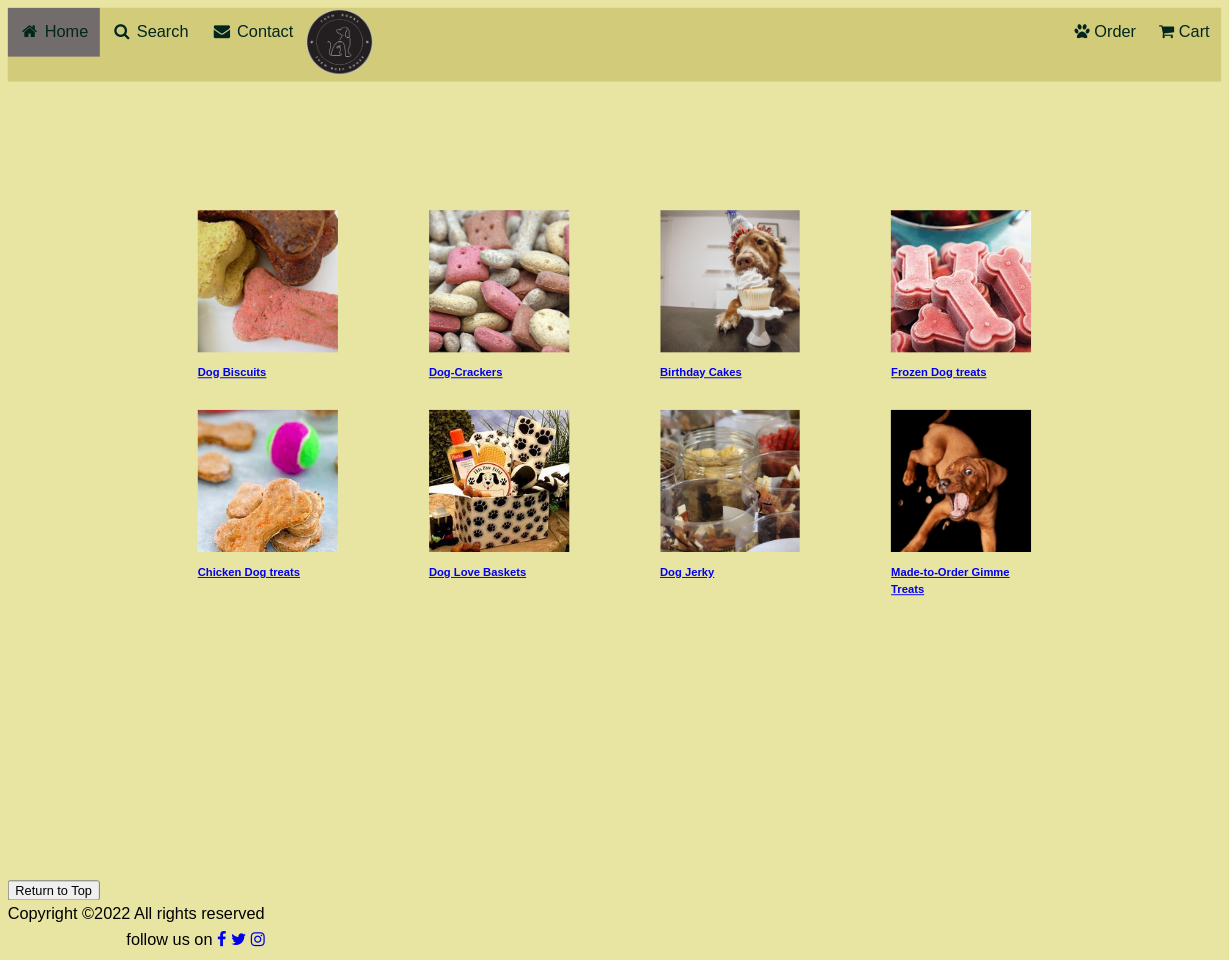
Repository: vgoins-RA2022/HTML-1
Page: index.html
An editor plug-in stored every save of this project. The page is shown before and after the next save, followed by the edit.
The browser window is 1280 px wide. The pictures show the whole page, at 96% of full size.

Above is the page before, as saved 2023-01-21 20:09:31.

### index.html
<!DOCTYPE html>
<html lang="en">

<head>
  <meta charset="UTF-8">
  <meta name="viewport" content="width=device-width, initial-scale=1">
  <link rel="stylesheet" href="https://cdnjs.cloudflare.com/ajax/libs/font-awesome/4.7.0/css/font-awesome.min.css">
  <link rel="stylesheet" href="../HTML-1/src/css/Style.css" type="text/css">
  <title>Simple HTML Assignment 1</title>
</head>

<header>
    <!-- setup top navigator bar. position logo, home and contact navators on the left-->
    <div class="navbar" float: left>
      <img src="src/img/them-bones-logo.png" alt="them-bones-logo" class="logo" >
      <a class="active" href="#"><i class="fa fa-fw fa-home"></i> Home</a>
      <a href="#"><i class="fa fa-fw fa-search"></i> Search</a>
      <a href="#"><i class="fa fa-fw fa-envelope"></i> Contact</a>
      <!-- position order and cart navigators on the right -->
    <div class="right"><a href="#"><i class="fa fa-paw" aria-hidden="true"></i> Order</a>
    <div class="right"><a href="#"><i class="fa fa-shopping-cart" aria-hidden="true"></i> Cart</a>
    </div>
  </header>

<body>
  <div class="container">
     <!-- set of store gallery of self-contained items enclosed in the figure tags  -->
    <div class="gallery">

      <figure class="gallery__item gallery__item--1">
            <img src="src/img/animal-dog- biscuits.jpg" alt="animal-dog-biscuits" class="gallery__img" >
              <h3 class= image-text>
                <h3><a href="#">Dog Biscuits</a></h3>
              </h3>
        </figure>
        <figure class="gallery__item gallery__item--2">
            <img src="src/img/animal-dog- crackers.jpg" alt="animal-dog-crackers" class="gallery__img">
                <h3 class= image-text>
                  <h3><a href="#">Dog-Crackers</a></h3>
                </h3>

        </figure>
        <figure class="gallery__item gallery__item--3">
            <img src="src/img/dog-happy-birthday.jpg" alt="dog-happy-birthday" class="gallery__img">
              <h3 class= image-text></h3>
                <h3><a href="#">Birthday Cakes</a></h3>
               </h3>
        </figure>
        <figure class="gallery__item gallery__item--4">
            <img src="src/img/frozen-dog-treats.jpg" alt="frozen-dog-treats" class="gallery__img">
              <h3 class= image-text>
                 <h3><a href="#">Frozen Dog treats</a></h3>
              </h3>
        </figure>
        <figure class="gallery__item gallery__item--5">
            <img src="src/img/chicken-dog-treat.jpg" alt="chicken-dog-treats" class="gallery__img">
              <h3 class= image-text>
                <h3><a href="#">Chicken Dog treats</a></h3>
              </h3>
        </figure>
        <figure class="gallery__item gallery__item--6">
            <img src="src/img/doggy-love-basket.jpg" alt="doggy-love-basket" class="gallery__img">
            <h3 class= image-text>
            <h3><a href="#">Dog Love Baskets</a></h3>
            </h3>
        </figure>
        <figure class="gallery__item gallery__item--7">
            <img src="src/img/Dog-jerkey.png" alt="dog-jerky" class="gallery__img">
            <h3 class= image-text>
              <a href="#">Dog Jerky</a></h3>
            </h3>
        </figure>
        <figure class="gallery__item gallery__item--8">
          <img src="src/img/gimme-dog treats.jpg" alt="gimme-dog-treats" class="gallery__img">
          <h3 class= image-text>
            <a href="#">Made-to-Order Gimme Treats</a>
          </h3>
        </figure>

      </div>
  </div>

</body>

<footer>
  <!-- <div> id="footer"</div>  footer id attribute -->

  <!-- setup navigator bar in the footer of copywright and social media icons -->
  <button id="return-to-top">Return to Top</button>

  <div class="navbar-footer">
    <div class="row">
      <div class="col-left">Copyright ©2022 All rights reserved</div>
      <div class="col-right">follow us on

        <a href="#"><i class="fa fa-facebook"></i></a>
        <a href="#"><i class="fa fa-twitter"></i></a>
        <a href="#"><i class="fa fa-instagram"></i></a>
      </div>
    </div>
  </div>

  </footer>
</html>

### src/css/Style.css

/* align navigation bar items */
.left-menu {
  grid-column: 1;
}
.right-menu {
  grid-column: -1;
}
/* format logo position, width and height */
.logo {
  grid-column: 3;
  grid-area: logo;
  place-self: center;
  width: 10vh;
  height: 10vh;
  justify-self: center;
  background-color:#d2cc7a;
}

/* style the navigation bar */
.navbar a {
float: left;
padding-top: 70px;
padding: 12px;
color: #02261d;
text-decoration: none;
font-size: 17px;
}
/* set the size of the images */
img {
  width: 400px;
  height: 80px;
}
/* change color of navigation item when cursor hovers */
.navbar a:hover {
background-color: #8e8c8c;
}
.active {
background-color: #736c6c;
}
.left {
  float: left;
}

.right {
  float: right;
 }

.navbar a {
    float: left;
    display: block;
}

.navbar {
    width: 100%;
    background-color: #d2cc7a;
    overflow: auto;
}

.logo img {
    display: inline-block;
    vertical-align: top;
    width: 50px;
    height: 50px;
    margin-right: 20px;
    margin-top: 15px;
}

html {
  box-sizing: border-box;
  font-size: 62.5%;
}

body {
  font-family: "Nunito", sans-serif;
  background-color: rgba(216, 212, 98, 0.585);
  font-weight: 300;
  line-height: 1.6;
}

.container {
  width: 75%;
  margin: 2rem auto;
}

.gallery {
  display: grid;
  grid-template-columns: repeat(8, 1fr);
  grid-template-rows: repeat(8, 5vw);
  grid-gap: 1.5rem;
  row-gap: 40px;
}

.gallery__img {
  width: 100%;
  height: 100%;
  object-fit: cover;
  display: block;
}

.image-txt {
  margin: 3%;
  position: absolute;
  top: 20px;
  left: 50px;
}
/* set length and position of store gallery items */
.gallery__item--1 {
  grid-column: 1 / span 2;
  grid-row: 2 / span 2;
}
.gallery__item--2 {
  grid-column: 3 / span 2;
  grid-row: 2 / span 2;
}
.gallery__item--3 {
  grid-column: 5 / span 2;
  grid-row: 2 / span 2;
}
.gallery__item--4 {
  grid-column: 7 / span 2;
  grid-row: 2 / span 2;
}
.gallery__item--5 {
  grid-column: 1 / span 2;
  grid-row: 4 / span 2;
}
.gallery__item--6 {
  grid-column: 3 / span 2;
  grid-row: 4 / span 2;
}
.gallery__item--7 {
  grid-column: 5 / span 2;
  grid-row: 4 / span 2;
}
.gallery__item--8 {
  grid-column: 7 / span 2;
  grid-row: 4 / span 2;
}
/* Style the button */
.button {
  outline: none;
  padding: 10px 16px;

  cursor: pointer;
  font-size: 18px;
}


.button:hover {
  background-color: #ddd;
}

.button.active {
  background-color: #666;
  color: white;
}

.navbar-footer {
  font-size: 17px;
  display: flex;
  justify-content: space-between;
}
.col-left {
  text-align: left;
}
.col-right {
  text-align: right;
}


.footer {
  background: #061D25;
  padding: 10px 0;
}
.footer a {
  color: #70726F;
  font-size: 20px;
  padding: 10px;
  border-right: 1px solid #70726F;
  transition: all .5s ease;
}
.flex-container {
  display: flex;
  background: #d2cc7a;
}

.copyright{
  text-align: center;
  padding-top: 24px;
  font-weight: 500;
  opacity: 0.8;
  font-size: 16px;
}
@media (max-width: 767px) {

    .h6{
      margin: 0 auto;
      text-align: center;
      margin-top: 10px;
      margin-bottom: 10px;
    }
    .ul{
      text-align: center;
    }
    .social{
        width: 100%;
        margin: 0 auto;
        font-size: "15px";
        text-align: center;
        padding: 40px;
        padding-bottom: 0px;
        border-top: 1px solid #eee;
        margin-top: 50px;
    }

  }

After the next save:
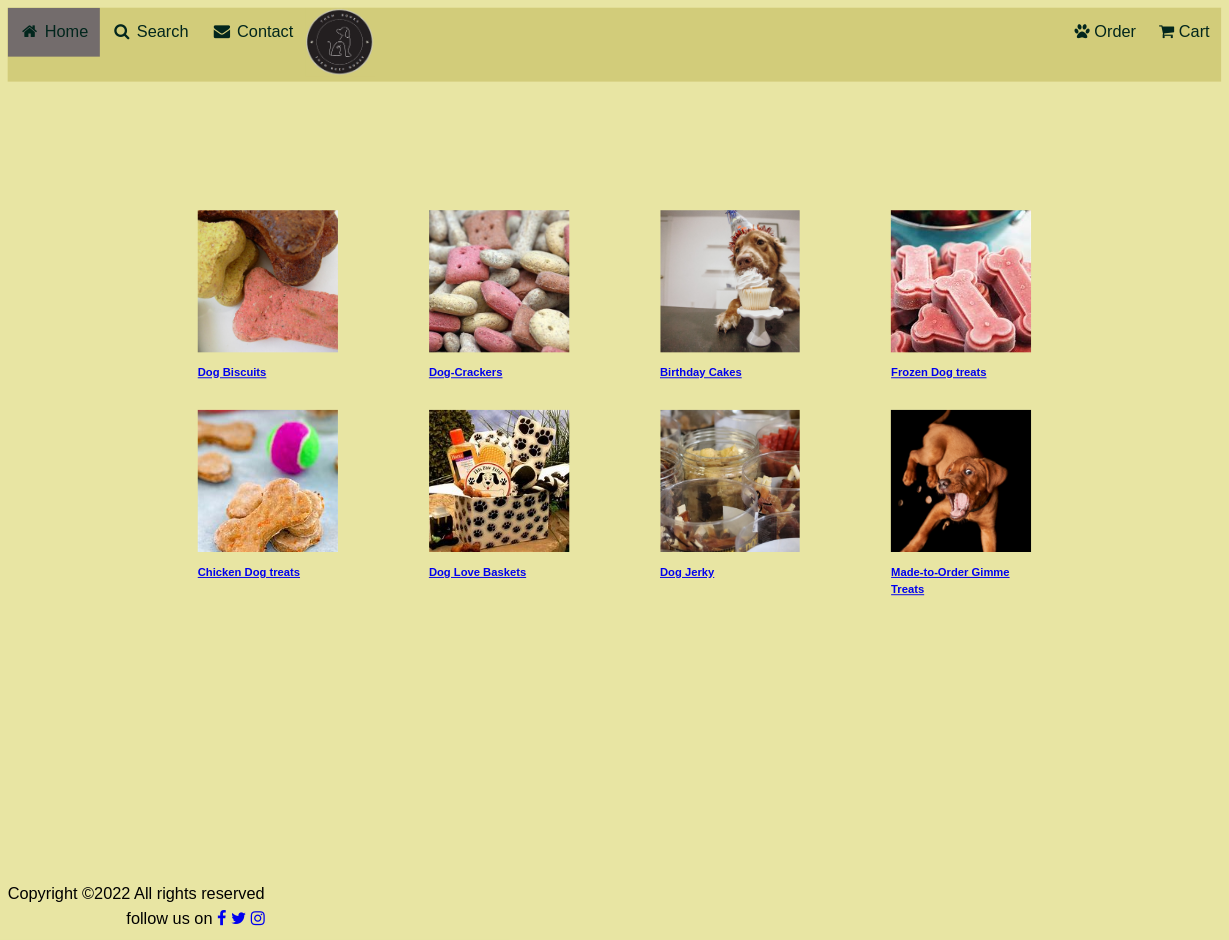
Saved 26 s later.
--- a/src/css/Style.css
+++ b/src/css/Style.css
@@ -146,6 +146,18 @@ body {
   font-size: 18px;
 }
 
+#return-to-top {
+  position: fixed;
+  bottom: 20px;
+  right: 20px;
+  background-color: #f5f5f5;
+  color: #333;
+  font-size: 18px;
+  padding: 12px;
+  border: none;
+  cursor: pointer;
+  display: none;
+}
 
 .button:hover {
   background-color: #ddd;
